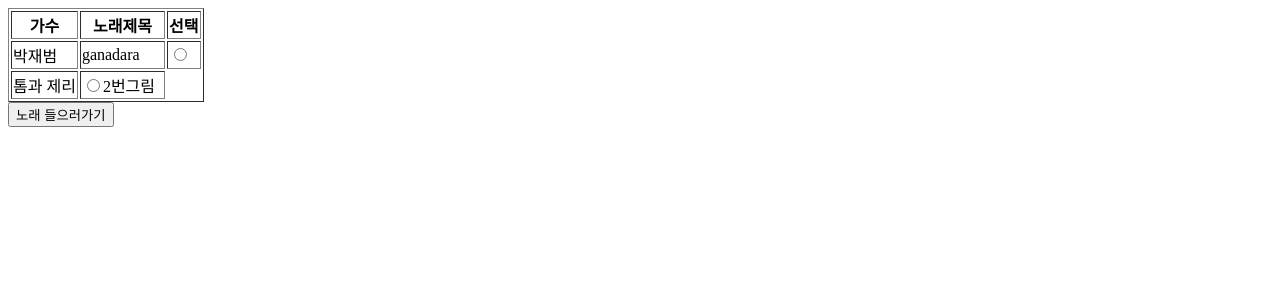
Repository: SimpleRan/jsp_paractice2
Page: http://localhost/JSPBasic/jspobject/qiuz/music.jsp
The author's editor kept a copy of each file at every save. The page is drawn from the files as they stood at one save, then again after the next save.
The browser window is 1280 px wide. The pictures show the whole page.
The page is served by Tomcat 9.

Above is the page before, as saved 2022-03-28 09:44:25.

After the next save:
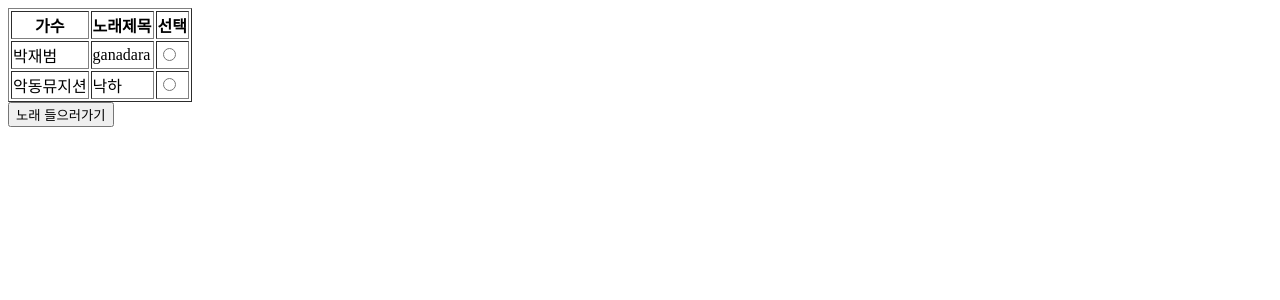
Saved 73 s later.
--- a/JSPBasic/src/main/webapp/jspobject/qiuz/music.jsp
+++ b/JSPBasic/src/main/webapp/jspobject/qiuz/music.jsp
@@ -24,8 +24,9 @@
 	    <td><input type="radio" name="music" value="ganadara"> &nbsp; </td>
 	   </tr>
 	   <tr>
-	    <td>톰과 제리</td>
-	    <td><input type="radio" name="photo" value="">2번그림 &nbsp; </td>
+	    <td>악동뮤지션</td>
+	    <td>낙하</td>
+	    <td><input type="radio" name="music" value="낙하"> &nbsp; </td>
 	   </tr>
 	  </tbody>
 	 </table>
